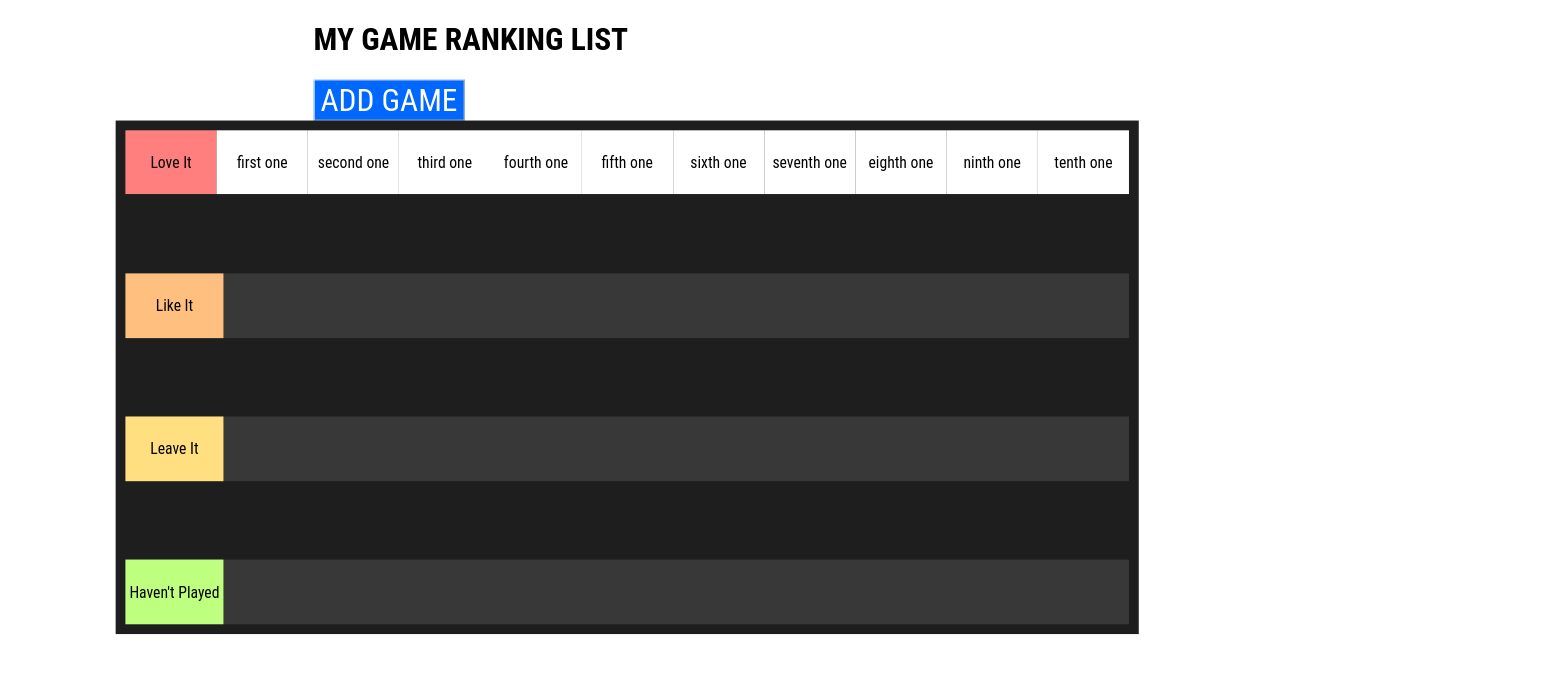
Repository: akiachenise/akiachenise.github.io
Page: JackboxGames_TierList_vanilla/index.html
These files come from the project's save history. The page is drawn as it stood at one moment and after the next save; the edit follows.
The browser window is 1280 px wide. The page is 1600 px wide, so the pictures cover 1600 px, including what lies to the right of the window. The pictures show the whole page, at 98% of full size.

Above is the page before, as saved 2022-11-26 17:38:51.

### JackboxGames_TierList_vanilla/index.html
<!DOCTYPE html>
<!--[if lt IE 7]>      <html class="no-js lt-ie9 lt-ie8 lt-ie7"> <![endif]-->
<!--[if IE 7]>         <html class="no-js lt-ie9 lt-ie8"> <![endif]-->
<!--[if IE 8]>         <html class="no-js lt-ie9"> <![endif]-->
<!--[if gt IE 8]>      <html class="no-js"> <!--<![endif]-->
<html lang="en-US">
  <head>
    <meta charset="utf-8" />
    <meta http-equiv="X-UA-Compatible" content="IE=edge" />
    <title>My Game Ranking List</title>
    <meta name="description" content="My Game Ranking" />
    <meta name="viewport" content="width=device-width, initial-scale=1" />
    <link rel="stylesheet" type="text/css" href="css/stylesheet.css" />
    <link rel="stylesheet" href="https://fonts.googleapis.com/css2?family=Roboto&display=swap">
  </head>
  <body>
    <!--[if lt IE 7]>
      <p class="browsehappy">
        You are using an <strong>outdated</strong> browser. Please
        <a href="#">upgrade your browser</a> to improve your experience.
      </p>
    <![endif]-->
    <span class="headerContainer">
        <h1>My Game Ranking List</h1>
        <button id="addCard" class="add">Add Game</button>
    </span>
    <div id="board">
        <div class = "row">
            <div class = "label">Love It</div>
            <div class="card" id="first" draggable="true">first one</div>
            <div class="card" id="second" draggable="true">second one</div>
            <div class="card" id="third" draggable="true">third one</div>
            <div class="card" id="fourth" draggable="true">fourth one</div>
            <div class="card" id="fifth" draggable="true">fifth one</div>
            <div class="card" id="sixth" draggable="true">sixth one</div>
            <div class="card" id="seventh" draggable="true">seventh one</div>
            <div class="card" id="eighth" draggable="true">eighth one</div>
            <div class="card" id="ninth" draggable="true">ninth one</div>
            <div class="card" id="ninth" draggable="true">tenth one</div>

        </div>
        <div class = "row">
            <div class = "label">Like It</div>
        </div>
        <div class = "row">
            <div class = "label">Leave It</div>
        </div>
        <div class = "row">
            <div class = "label">Haven't Played</div>
        </div>

    </div>


    <script src="js/cards.js" async defer></script>
    <script src="js/rows.js" async defer></script>
  </body>
</html>

### JackboxGames_TierList_vanilla/css/stylesheet.css
body {
    font-family: 'Roboto Condensed', Sans-serif;
    margin: 0;
    display: flex;
    flex-direction: column;
    align-items: center;
    justify-content: center;
}

.headerContainer {
    display: block;
    width: 100vw;
    align-items: center;
    padding-left: 40rem;

}

h1 {
    text-transform: uppercase;
}
button {
    font-family: 'Roboto Condensed', Sans-serif;
    font-size: 2rem;
    text-transform: uppercase;
    border-width: 1px 1px 1px 1px;
    border-radius: 0px 0px 0px 0px;
    border-color: white;
    color: white;
    background: rgba(0,103,255,1);


}

#board {
    display: flex;
    flex-direction: column;
    align-items: center;
    justify-content: space-between;
    padding: 10px;
    width: 80vw;
    height: 70vh;
    background-color: rgb(30, 30, 30);
}

.row {
    display: flex;
    width: 100%;
    height: 13%;
    background-color: rgb(56, 56, 56);
}

.label {
    display: flex;
    justify-content: center;
    align-items: center;
    height: 100%;
    width: 100px;
    background-color: orange;
}

.card {
    height: 100%;
    width: 100px;
    display: flex;
    justify-content: center;
    align-items: center;
    background-color: white;
}

### JackboxGames_TierList_vanilla/js/cards.js
const cards = document.querySelectorAll('.card');

const onDragStart = (event) => {
    console.log('dragging the element');
    event.dataTransfer.setData('id', event.target.id);
    setTimeout(() => {
        event.target.style.visibility = 'hidden';
    }, 50)
}

const onDragEnd = (event) => {
    event.target.style.visibility = 'visible';
    console.log('ended the drag');
}

cards.forEach((card) => {
    card.ondragstart = onDragStart;
    card.ondragend = onDragEnd;


})

### JackboxGames_TierList_vanilla/js/rows.js
const rows = document.querySelectorAll('.row');
const colorRanks = ['rgb(255, 127, 127)', 'rgb(255, 191, 127)', 'rgb(255, 223, 127)' , 'rgb(191, 255, 127)'];

const onDragOver = (event) => {
    event.preventDefault();
}

const onDrop = (event) => {
   event.preventDefault();
   const draggedCardId = event.dataTransfer.getData('id');
   const draggedCard = document.getElementById(draggedCardId);
   event.target.appendChild(draggedCard);
   console.log('dropped the element');
}

rows.forEach((row, index) => {
    const label = row.querySelector('.label');
    label.style.backgroundColor = colorRanks[index];
    row.ondragover = onDragOver;
    row.ondrop = onDrop;
})

After the next save:
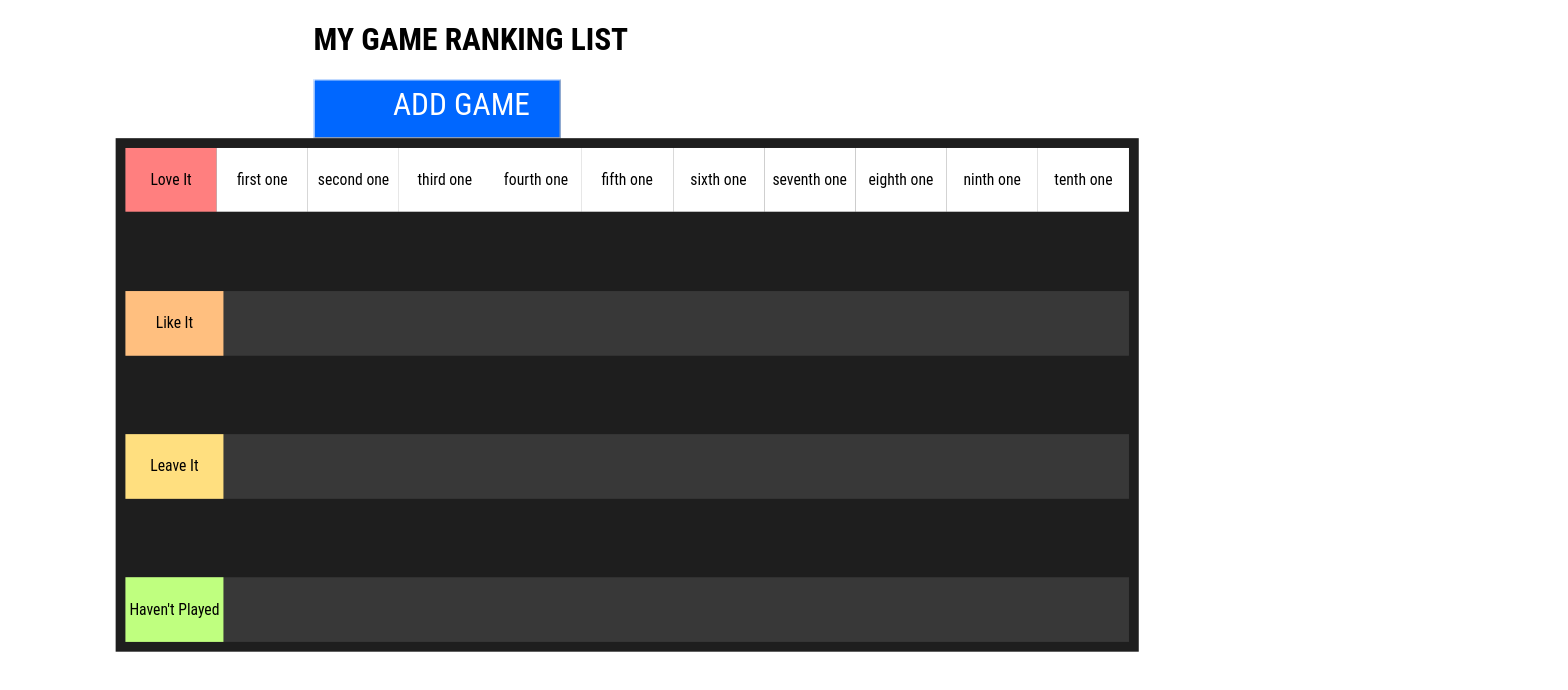
Saved 31 s later.
--- a/JackboxGames_TierList_vanilla/css/stylesheet.css
+++ b/JackboxGames_TierList_vanilla/css/stylesheet.css
@@ -27,6 +27,8 @@ button {
     border-color: white;
     color: white;
     background: rgba(0,103,255,1);
+    padding: 5px 30px 15px 80px;
+
 
 
 }
